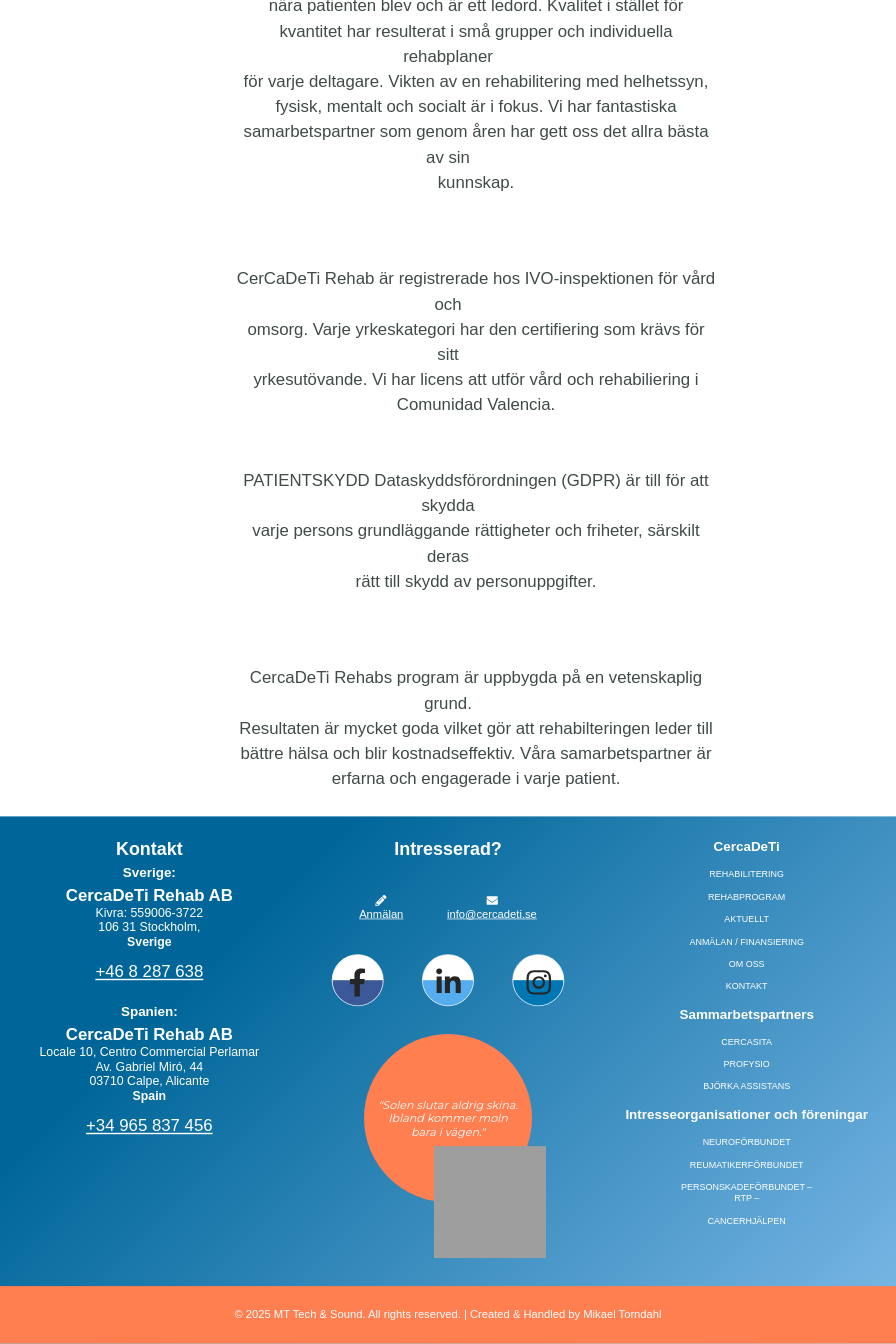
Repository: micketorndahl/CercaDeTi-rehab
Page: om-oss.html
These files come from the project's save history. The page is drawn as it stood at one moment and after the next save; the edit follows.
The browser window is 1280 px wide. The pictures show the part of the page from y = 1485 to 3405 px (the page is 3405 px tall before and 3399 px after), at 70% of full size.
Pictures or frames that could not be fetched are drawn as grey boxes. The page's requests for data from a server got no answer. Backgrounds fixed to the window are drawn as part of the page. Some web fonts or font styles are not loaded; a fallback is used. Some web libraries are served in a nearby version.

Above is the page before, as saved 2025-02-01 22:54:08.
Console error: TypeError: Cannot read properties of null (reading 'addEventListener')

### om-oss.html
<!DOCTYPE html>
<html lang="en">
  <head>
    <meta charset="UTF-8" />
    <meta name="viewport" content="width=device-width, initial-scale=1.0" />

    <link
      rel="stylesheet"
      href="https://use.fontawesome.com/releases/v5.6.3/css/all.css"
      integrity="sha384-UHRtZLI+pbxtHCWp1t77Bi1L4ZtiqrqD80Kn4Z8NTSRyMA2Fd33n5dQ8lWUE00s/"
      crossorigin="anonymous"
    />

    <script src="https://cdnjs.cloudflare.com/ajax/libs/font-awesome/5.15.4/js/all.min.js"></script>

    <link rel="stylesheet" href="style.css" />
    <link rel="stylesheet" href="tailwind.css" />
    <title>CercaDeTi Rehab</title>
  </head>
  <body>
    <div class="site-container">
      <header class="header">
        <div class="logo-wrapper">
          <div class="logo">
            <div class="logo-and-text">
              <a href="index.html">
                <img src="/images/cropped-CDTR.gif" alt="Logo" />
                <h1 class="cercadeti">CercaDeTi Rehab</h1>
              </a>
            </div>
          </div>
        </div>

        <nav class="main-nav">
          <div class="nav-container">
            <ul>
              <li>
                <a href="rehabilitering.html">Rehabilitering</a>
              </li>
              <li><a href="rehabprogram.html">Rehabprogram</a></li>
              <li><a href="aktuellt.html">Aktuellt</a></li>
              <li><a href="anmalan-finans.html">Anmälan / Finansiering</a></li>
              <li><a href="om-oss.html" class="active">Om oss</a></li>
              <li><a href="kontakt.html">Kontakt</a></li>
            </ul>
          </div>
        </nav>

        <div class="social-container">
          <div class="social">
            <ul>
              <li>
                <a href="https://www.facebook.com/CercadetiRehab/"
                  ><i class="fab fa-facebook-f icon"></i
                ></a>
              </li>
              <li>
                <a href="https://www.linkedin.com/company/cercadeti-rehab-ab"
                  ><i class="fab fa-linkedin-in icon"></i
                ></a>
              </li>
              <li>
                <a href="https://www.instagram.com/cercadetirehab/"
                  ><i class="fab fa-instagram icon"></i
                ></a>
              </li>
            </ul>
          </div>
        </div>
      </header>

      <div class="banner" id="banner-om-oss">
        <div class="banner-content">
          <h2 class="slogan">Om oss</h2>
          <div class="ctas-container">
            <a href="#company" class="button-CTA">Företag</a>
            <a href="#personal" class="button-CTA">Personal</a>
          </div>
        </div>
      </div>

      <div class="content">
        <aside class="sidebar-left"></aside>
        <section class="main">
          <h2>CercaDeTi Rehab</h2>
          <p>
            CercaDeTi grundades 2012 i syfte att anordna rekreation på spanska
            fastlandet. Calpe den plats där vi startade är noga utvald. Här
            byggdes ett kontaktnät upp för att på bästa sätt ta hand om de
            svenskar som behövde rekreation. År 2014/2015 utvecklades företaget
            och inriktningen ändrades till rehabilitering med helhetssyn för
            personer med diagnos och skada. CercaDeTi rehab grundades. Målet
            vara att alla med diagnos/skada ska få bästa möjlighet att leva
            fullt ut efter sin förmåga. I ledningen finns det egen erfarenhet av
            att leva med skada/diagnos och av att vara närstående. Rehabteamet
            handplockades för att kunna möta varje patients behov. Att arbeta
            nära patienten blev och är ett ledord. Kvalitet i stället för
            kvantitet har resulterat i små grupper och individuella rehabplaner
            för varje deltagare. Vikten av en rehabilitering med helhetssyn,
            fysisk, mentalt och socialt är i fokus. Vi har fantastiska
            samarbetspartner som genom åren har gett oss det allra bästa av sin
            kunnskap.
          </p>

          <h4>KVALITET</h4>
          <p>
            CerCaDeTi Rehab är registrerade hos IVO-inspektionen för vård och
            omsorg. Varje yrkeskategori har den certifiering som krävs för sitt
            yrkesutövande. Vi har licens att utför vård och rehabiliering i
            Comunidad Valencia.
          </p>

          <p>
            PATIENTSKYDD Dataskyddsförordningen (GDPR) är till för att skydda
            varje persons grundläggande rättigheter och friheter, särskilt deras
            rätt till skydd av personuppgifter.
          </p>

          <h4>HÅLLBARHET</h4>

          <p>
            CercaDeTi Rehabs program är uppbygda på en vetenskaplig grund.
            Resultaten är mycket goda vilket gör att rehabilteringen leder till
            bättre hälsa och blir kostnadseffektiv. Våra samarbetspartner är
            erfarna och engagerade i varje patient.
          </p>
        </section>
        <aside class="sidebar-right">
          <h3></h3>
          <p></p>
        </aside>
      </div>

      <!-- FOOTER START -->
      <footer class="footer-container">
        <div class="footer-top">
          <div class="footarea1 footer-shared">
            <h3>Kontakt</h3>

            <address class="address-shared address-se">
              <h5>Sverige:</h5>
              <strong
                ><span class="address-company-name"
                  >CercaDeTi Rehab AB</span
                ></strong
              ><br />
              <span class="address-location">Kivra: 559006-3722</span><br />
              <span class="address-city">106 31 Stockholm,</span><br />
              <span class="address-country"
                ><strong>Sverige</strong><br
              /></span>
              <br />
              <span class="telephone"
                ><a href="tel:+468287638">+46 8 287 638</a></span
              >
            </address>

            <div class="address-shared address-es">
              <address>
                <h5>Spanien:</h5>
                <strong
                  ><span class="address-company-name"
                    >CercaDeTi Rehab AB</span
                  > </strong
                ><br />
                <span class="address-location"
                  >Locale 10, Centro Commercial Perlamar</span
                ><br />
                <span class="address-street">Av. Gabriel Miró, 44</span><br />
                <span class="address-city">03710 Calpe, Alicante<br /></span>
                <span class="address-country"
                  ><strong>Spain</strong><br
                /></span>
                <br />
                <span class="telephone"
                  ><a href="tel:+34965837456">+34 965 837 456</a></span
                >
              </address>
            </div>
          </div>
          <div class="footarea2 footer-shared">
            <h3>Intresserad?</h3>
            <div class="footarea2-links">
              <a href="anmalan-form.html"
                ><i class="fas fa-pencil-alt"></i> Anmälan</a
              >
              <a href="mailto:info@cercadeti.se"
                ><i class="fas fa-envelope"></i> info@cercadeti.se</a
              >
            </div>
            <div class="social-footer">
              <ul>
                <li>
                  <a href="https://www.facebook.com/CercadetiRehab/">
                    <i class="fab fa-facebook-f icon"></i>
                  </a>
                </li>

                <li>
                  <a href="https://www.linkedin.com/company/cercadeti-rehab-ab"
                    ><i class="fab fa-linkedin-in icon"></i
                  ></a>
                </li>
                <li>
                  <a href="https://www.instagram.com/cercadetirehab/"
                    ><i class="fab fa-instagram icon"></i
                  ></a>
                </li>
              </ul>
            </div>
            <div class="image-container-footer">
              <div class="image-wrapper">
                <p class="footer-quote">
                  "Solen slutar aldrig skina. Ibland kommer moln bara i vägen."
                </p>
                <img src="images/weelchair.icon.png" alt="wheelchair-icon" />
              </div>
            </div>
          </div>
          <div class="footarea3 footer-shared">
            <nav class="footer-nav">
              <div class="link-column1">
                <h4>CercaDeTi</h4>
                <ul>
                  <li><a href="rehabilitering.html">Rehabilitering</a></li>
                  <li><a href="rehabprogram.html">Rehabprogram</a></li>
                  <li><a href="aktuellt.html">Aktuellt</a></li>
                  <li>
                    <a href="anmalan-finans.html">Anmälan / Finansiering</a>
                  </li>
                  <li><a href="om-oss.html">Om oss</a></li>
                  <li><a href="kontakt.html">Kontakt</a></li>
                </ul>
              </div>

              <div class="link-column2">
                <h4>Sammarbetspartners</h4>
                <ul>
                  <li><a href="https://cercasita.com/">Cercasita</a></li>
                  <li><a href="https://profysio.es/">ProFysio</a></li>
                  <li>
                    <a href="https://www.bjorka-assistans.se/"
                      >Björka Assistans</a
                    >
                  </li>
                </ul>
              </div>

              <div class="link-column3">
                <h4>Intresseorganisationer och föreningar</h4>
                <ul>
                  <li><a href="https://neuro.se/">Neuroförbundet</a></li>
                  <li>
                    <a href="https://reumatiker.se/">Reumatikerförbundet</a>
                  </li>
                  <li>
                    <a href="https://rtp.se/">Personskadeförbundet – RTP – </a>
                  </li>
                  <li>
                    <a href="http://www.cancerhjalpen.se/">Cancerhjälpen</a>
                  </li>
                </ul>
              </div>
            </nav>
          </div>
        </div>
        <div class="footer-bottom">
          <div class="copyright">
            &copy; 2025 MT Tech &amp; Sound. All rights reserved. | Created
            &amp; Handled by Mikael Torndahl
          </div>
          <div class="additional-info"></div>
        </div>
      </footer>
      <!-- FOOTER END -->
    </div>
    <!-- SCRIPT SRCS -->
    <script src="js/script.js"></script>
    <script src="js/weather-api.js"></script>
  </body>
</html>

### style.css
@import url("css/reset.css");
@import url("css/standard.css");
@import url("css/variables.css");
@import url("css/typography.css");
@import url("css/layout.css");
@import url("css/navigation.css");
@import url("css/post.css");
@import url("css/footer.css");
@import url("css/searchbox.css");
@import url("css/page-templates.css");
@import url("css/mq-tablet.css");
@import url("css/mq-phone.css");
@import url("css/effects.css");

### css/standard.css
/*
/* STANDARD
*/

html {
  scroll-behavior: smooth;
}

a {
  text-decoration: none;
}

[class*="fa"]:not([class*="fab"]) {
  display: block;
  margin: 0 auto;
  padding: 0.2rem;
}

### css/variables.css
/*
/* VARIABLES */
/*
*/

@import url("https://fonts.googleapis.com/css2?family=Titillium+Web:wght@100;200;300;400;500;600;700;800;900&family=Pontano+Sans&family=Oswald:wght@200;300;400;500;600;700&family=Lato:wght@100;300;400;700;900&family=Roboto:wght@100;300;400;500;700;900&family=Open+Sans:wght@300;400;600;700;800&family=Raleway:wght@100;200;300;400;500;600;700;800;900&family=Montserrat:wght@100;200;300;400;500;600;700;800;900&family=Poppins:wght@100;200;300;400;500;600;700;800;900&family=Nunito:wght@200;300;400;600;700;800;900&family=Lora:wght@400;500;600;700&family=Merriweather:wght@300;400;700;900&family=Playfair+Display:wght@400;500;600;700;800;900&family=Crimson+Text:wght@400;600;700&family=Josefin+Sans:wght@100;200;300;400;500;600;700&family=Cabin:wght@400;500;600;700&family=Alegreya:wght@400;500;600;700;800;900&family=Cormorant:wght@300;400;500;600;700&family=Cinzel:wght@400;500;600;700;800;900&family=Bitter:wght@400;500;600;700&family=Arvo:wght@400;500;600;700&family=Abril+Fatface&family=Caveat:wght@400;500;600;700&family=Dancing+Script:wght@400;500;600;700&family=Great+Vibes&display=swap");
@import url("https://fonts.googleapis.com/css2?family=Alata&display=swap");

:root {
  /* Colors */
  --background-color-dark: #1a1a1a;
  --background-color-white: #fff;
  --background-color-white2: #f8f8ff;
  --background-color-white3: hsl(0, 0%, 98%);
  --background-color-light-blue: hsl(200, 100%, 50%);
  --background-color-light-blue2: hsl(200, 100%, 40%);
  --background-color-blue: linear-gradient(
    135deg,
    var(--color-quaternary) 25%,
    var(--color-tertiary) 100%
  );
  --background-color-blue2: hsl(200, 100%, 30%);
  --background-color-blue3: hsla(200, 62.3%, 47.8%, 0.8);
  --background-color-white: hsla(0, 0%, 100%, 0.7);
  --color-primary: hsl(200, 100%, 40%);
  --color-secondary: #ff7f50;
  --color-tertiary: #7cb9e8;
  --color-quaternary: hsl(200, 100%, 30%);
  --color-five: rgb(232, 73, 10);
  --color-six: hsl(200, 88.1%, 16.5%);
  --text-light: rgb(244, 244, 244);
  --text-gray: #3f4a49;
  --text-dark: #0d0d0d;
  --dimwhite: #eee;
  --dullwhite: hsla(0, 0%, 100%, 0.8);
  --white: #fff;
  --ghost-white: #f8f8ff;
  --black: #000;
  --dark: #222;
  --darkgray: #a9a9a9;
  --darkgray2: #333333;
  --charcoal: #4a4a4a;
  --gray-paragraph: hsla(174.55, 8.03%, 26.86%, 1);
  --hovercolor: rgba(0, 0, 0, 0.06);

  /* Fonts */

  --font-primary: "Titillium Web", sans-serif;
  --font-secondary: "Pontano Sans", sans-serif;
  --font-tertiary: "Oswald", sans-serif;
  --font-quaternary: "Lato", sans-serif;
  --font-five: "Roboto", sans-serif;
  --font-six: "Open Sans", sans-serif;
  --font-seven: "Raleway", sans-serif;
  --font-eight: "Montserrat", sans-serif;
  --font-nine: "Poppins", sans-serif;
  --font-ten: "Nunito", sans-serif;
  --font-eleven: "Lora", serif;
  --font-twelve: "Merriweather", serif;
  --font-thirteen: "Playfair Display", serif;
  --font-fourteen: "Crimson Text", serif;
  --font-fifteen: "Josefin Sans", sans-serif;
  --font-sixteen: "Cabin", sans-serif;
  --font-seventeen: "Alegreya", serif;
  --font-eighteen: "Cormorant", serif;
  --font-nineteen: "Cinzel", serif;
  --font-twenty: "Bitter", serif;
  --font-twentyone: "Arvo", serif;
  --font-twentytwo: "Abril Fatface", cursive;
  --font-twentythree: "Caveat", cursive;
  --font-twentyfour: "Dancing Script", cursive;
  --font-twentyfive: "Great Vibes", cursive;
  --font-twentysix: "Alata", sans-serif;
}

### css/typography.css
/*
/* HEADLINES
*/

body {
  background-color: var(--white);
  color: var(--gray-paragraph);
  font-style: normal;
}

.content p,
.container-index p {
  font-size: 1.5rem;
  font-weight: 300;
  white-space: pre-wrap;
  text-align: center;
  margin: 0.5rem;
  word-wrap: break-word;
  line-height: 1.5;
}

body,
.content p,
container-index p,
.address-company-name,
address span,
h1,
h2,
h3,
h4,
h5,
h6 {
  font-family: var(--font-secondary), sans-serif;
  margin: 0;
  padding: 0;
}

h1,
h2,
h3,
h4,
h5,
h6 {
  font-weight: bold;
}

h1 {
  font-size: 2rem;
}
h2 {
  font-size: calc(5rem + 1vw);
}

h3 {
  font-size: 1.6rem;
  color: var(--white);
  margin-bottom: 0.5rem;
}
h4 {
  font-size: 1.2rem;
  color: var(--white);
  margin-bottom: 0.5rem;
}
h5 {
  font-size: 1.2rem;
  font-style: normal;
  padding: 0;
}
h6 {
  font-size: 1rem;
}

.banner-content h2 {
  font-family: var(--font-ten), sans-serif;
  font-size: 6rem;
  font-style: bold;
  line-height: 1.2;
  margin-top: 0.5rem;
  color: var(--white);
}

.address-company-name {
  font-size: 1.5rem;
  font-weight: bold;
  font-style: normal;
}

address span {
  font-style: normal;
  font-size: 1.1rem;
  font-weight: 400;
  margin: 0;
  padding: 0;
}

.info-text {
  color: var(--darkgray);
}

### css/navigation.css
/* NAV */

.main-nav {
  display: flex;
  justify-content: center;
  align-items: center;
  padding: 0;
  flex-grow: 0;
  flex-shrink: 0;
}

nav.main-nav ul {
  display: flex;
  margin: 0;
  padding: 0;
}

nav.main-nav ul li {
  list-style: none;
  margin: 0 1rem;
}

.main-nav a {
  position: relative;
  display: inline-block;
  padding: 0.5rem;
  text-decoration: none;
  transition: color 0.2s ease-in-out;
}

nav.main-nav ul li a {
  font-family: var(--font-secondary), sans-serif;
  font-size: 18px;
  font-weight: 400;
  line-height: 1rem;
  /* Slightly darker default color */
  color: var(--dullwhite);
  text-decoration: none;
  transition: all 0.4s ease-in-out;
}

nav.main-nav ul li a:hover {
  color: var(--white); /* Brighter on hover */
}

nav.main-nav ul li a.active {
  color: var(--white); /* Brightest when active */
}

nav.main-nav ul li a.active::after {
  content: "";
  position: absolute;
  left: 0;
  bottom: -4px;
  width: 100%;
  height: 1px; /* Adjusted height here */
  background-color: var(--white);
  border-radius: 2px;
  transition: transform 0.3s ease, background-color 0.3s ease;
}

/* Hover underline that grows from the left */
nav.main-nav ul li a::after {
  content: "";
  position: absolute;
  left: 0;
  bottom: -4px;
  width: 0;
  height: 1px;
  background-color: var(--white);
  border-radius: 2px;
  transition: width 0.6s ease, background-color 0.6s ease;
  opacity: 0;
}

nav.main-nav ul li a:hover::after {
  width: 100%;
  opacity: 1;
  height: 1px;
}

/* Active link styles */
nav.main-nav ul li a.active::after {
  width: 100%;
  height: 2px; /* Adjusted height here */
  opacity: 1;
}

.social-container {
  display: flex;
  justify-content: center;
  align-items: center;
  flex-grow: 1;
  flex-shrink: 1;
}

.social ul {
  display: flex;
  justify-content: space-evenly;
  margin: 0;
}

.social li {
  margin: 0.5rem;
}

.ctas-container {
  display: flex; /* Aligns buttons side by side */
  justify-content: center;
  align-items: center;
}

### css/post.css
/*
/* POST */
/*

### css/footer.css
/* FOOTER */

footer.footer-container {
  display: flex;
  flex-direction: column; /* Stack footer sections vertically */
  justify-content: space-around; /* Space sections evenly */
  margin-top: auto;
  background: var(--background-color-blue);
  box-shadow: 0 1px 3px rgba(0, 0, 0, 0.1), 0 1px 2px rgba(0, 0, 0, 0.06);
}

.footer-top {
  /* New wrapper for the top sections */
  display: flex;
  justify-content: space-around;
}

footer .footarea1,
footer .footarea2,
footer .footarea3 {
  flex: 1;
}

footer .footarea1 {
  text-align: center;
}

.footarea1 a,
.footarea2 a {
  display: inline-block;
  color: var(--white);
  text-decoration: underline;
  transition: all 0.4s ease-in-out;
}

.footarea1 a:hover {
  transform: scale(1.2);
}

footer .footarea2 {
  display: flex;
  flex-direction: column;
  text-align: center;
}

footer .footarea2 img {
  width: 10rem;
  height: 10rem;
  text-align: center;
  padding: 5rem;
  margin: 0 auto;
}

.footarea2-links {
  display: flex;
  flex-direction: row;
  justify-content: space-evenly;
  align-items: center;
  margin: 0;
  padding: 2rem;
}

.footarea2-links a {
  color: var(--white);
  text-decoration: underline;
  padding: 0.5rem;
}

.footarea2-links a:hover {
  padding: 0.5rem;
  transform: scale(1.1);
}

footer .footarea3 {
  text-align: center;
}

footer .footarea3 h3 {
  margin: 0 auto;
  text-align: center;
}

footer .footarea3 a {
  color: var(--white);
}

.footarea3 ul {
  margin: 0.8rem 0;
  padding: 0;
}

.footarea3 ul li {
  margin: 0.8rem 0;
}

.footer-nav ul li a {
  font-family: var(--font-twentysix), sans-serif;
  font-style: normal;
  font-weight: 400;
  line-height: 1rem;
  color: var(--white);
  text-decoration: none;
  text-transform: initial;
  transition: color 0.3s ease;
}

.social-footer ul {
  display: flex;
  flex-direction: row;
  justify-content: space-evenly;
  align-items: center;
  margin: 0;
  padding: 0;
}

.social-footer li {
  margin: 0.5rem;
}

.address-shared {
  font-size: 1rem;
  padding: 0;
  margin-bottom: 2rem;
  color: var(--white);
}

.address-shared h5 {
  margin: 0.5rem;
  padding: 0;
}

address a {
  text-decoration: none;
  color: var(--white);
}

.address-city {
  margin-bottom: 15px;
}

.telephone {
  font-size: 1.5rem;
}

.footer-shared {
  padding-top: 2rem;
}

.image-container-footer {
  width: 15rem;
  height: 15rem;
  background-color: var(--color-secondary);
  padding: 0;
  margin: 2rem auto;
  border-radius: 50%;
  display: flex;
  justify-content: center;
  align-items: center;
  position: relative;
  margin-bottom: 2rem; /* Add some space between circle and bottom */
}

.image-container-footer img {
  position: absolute;
  bottom: -160px;
  right: -100px;
  padding: 0; /* Reset padding */
  margin: 0; /* Reset margin */
}

.footer-quote {
  font-family: var(--font-eight), sans-serif;
  font-size: 1rem;
  font-style: italic;
  color: var(--white);
  padding: 0.5rem;
  margin: 0.5rem;
}

.footer-bottom {
  background-color: var(--color-secondary); /* Or match footer background */
  color: var(--white);
  padding: 2rem 0; /* Add some padding top and bottom */
  margin-top: 4rem;
  text-align: center; /* Center the text */
  display: flex;
  flex-direction: column; /* Stack copyright and info */
  align-items: center; /* Center horizontally */
}

### css/searchbox.css
/*
/* SEARCHBOX */
/*

### css/mq-tablet.css
/*
/* MQ-TABLET */
/*

### css/mq-phone.css
/*
/* MQ-PHONE*/
/*

Loaded but not shown: tailwind.css (library); js/script.js (117 lines, source omitted); js/weather-api.js (90 lines, source omitted); css/page-templates.css (379 lines, source omitted); css/layout.css (358 lines, source omitted); css/reset.css (364 lines, source omitted); css/effects.css (235 lines, source omitted)

After the next save:
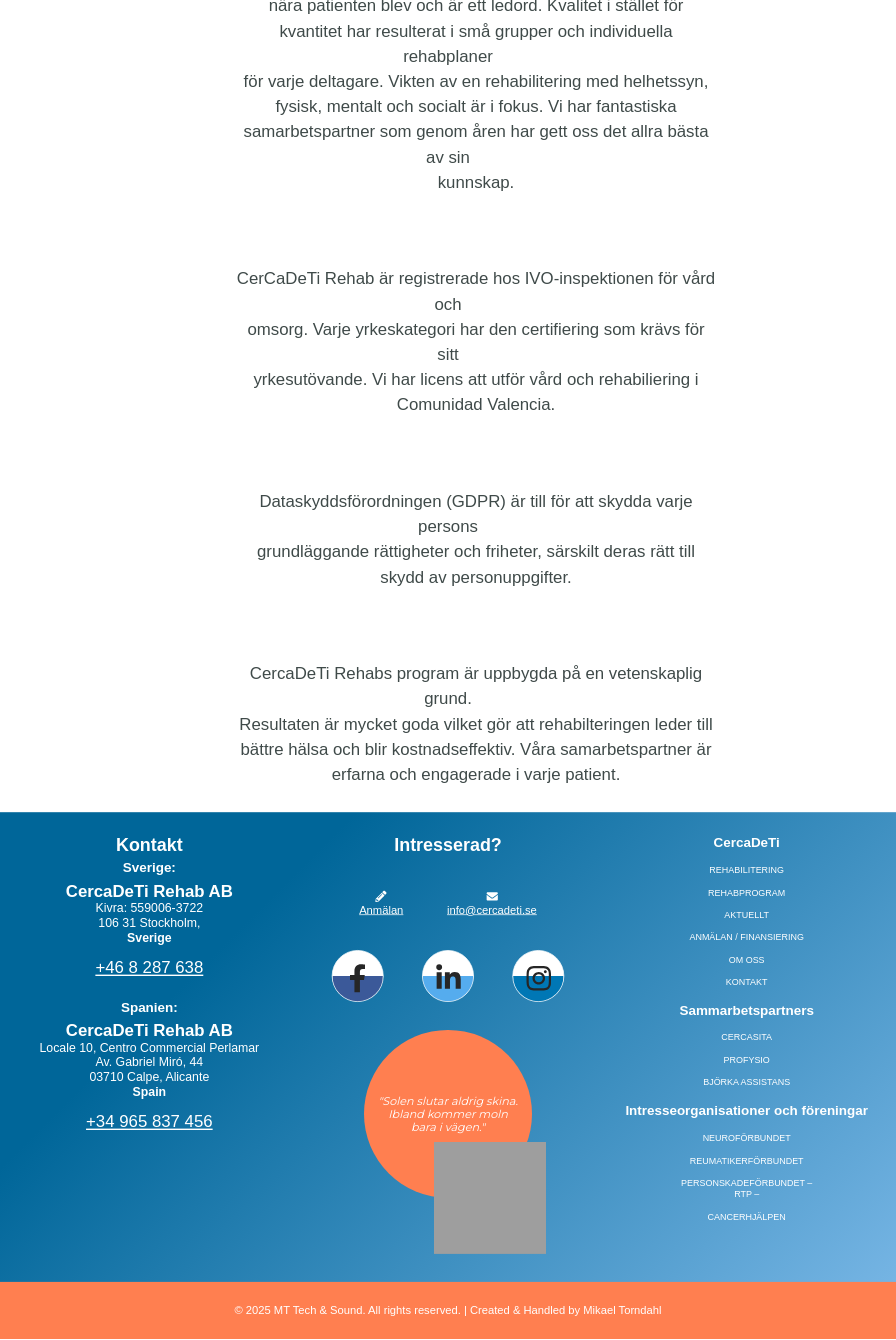
Saved 15 s later.
--- a/om-oss.html
+++ b/om-oss.html
@@ -110,10 +110,11 @@
             Comunidad Valencia.
           </p>
 
-          <p>
-            PATIENTSKYDD Dataskyddsförordningen (GDPR) är till för att skydda
-            varje persons grundläggande rättigheter och friheter, särskilt deras
-            rätt till skydd av personuppgifter.
+          <h4>PATIENTSKYDD</h4>
+          <p>
+            Dataskyddsförordningen (GDPR) är till för att skydda varje persons
+            grundläggande rättigheter och friheter, särskilt deras rätt till
+            skydd av personuppgifter.
           </p>
 
           <h4>HÅLLBARHET</h4>
